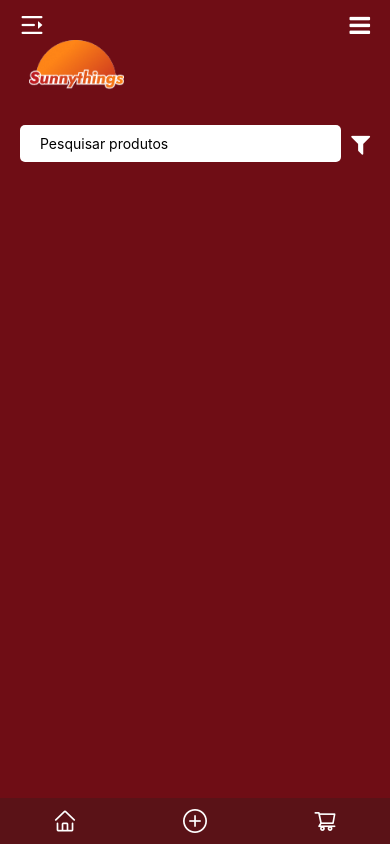
Repository: Luizzzin/SuperMercado
Screen: / (app in suny/)
An editor plug-in stored every save of this project. The screen is shown before and after the next save, followed by the edit.
The app was drawn by React Native's web renderer in a window 390 px wide. The project was rebuilt for these pictures with package versions that can differ from the ones it lists, and the page was loaded fresh each time.

Above is the screen before, as saved 2024-05-09 19:47:25.

After the next save:
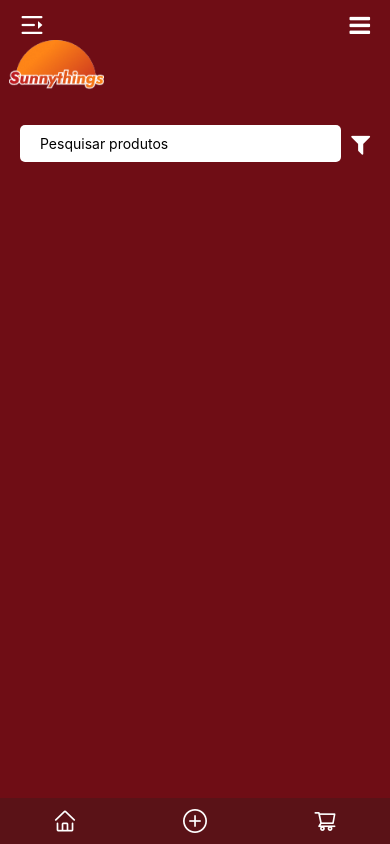
Saved 4 s later.
--- a/suny/HomeScreen.js
+++ b/suny/HomeScreen.js
@@ -68,7 +68,7 @@
   logo: {
     width: 95,
     height: 50,
-    right: 120,
+    right: 140,
     top: 40,
   },
   searchBar: {
